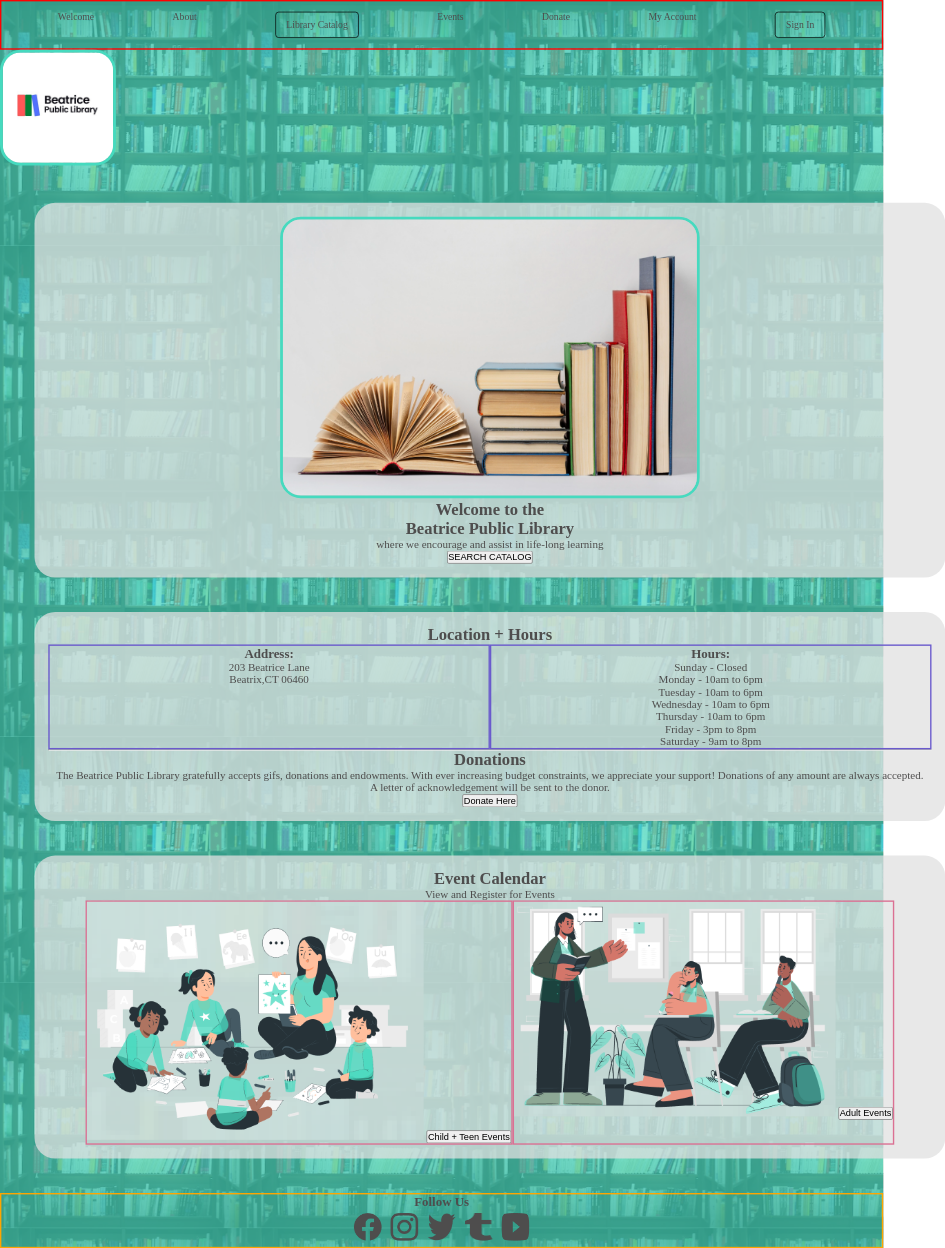
Repository: cokoduwa/RA-Wk5-Library
Page: index.html
These files come from the project's save history. The page is drawn as it stood at one moment and after the next save; the edit follows.
The browser window is 1280 px wide. The page is 1370 px wide, so the pictures cover 1370 px, including what lies to the right of the window. The pictures show the whole page, at 69% of full size.

Above is the page before, as saved 2023-01-18 22:48:34.

### index.html
<!DOCTYPE html>
<html lang="en">
<head>
    <meta charset="UTF-8">
    <meta http-equiv="X-UA-Compatible" content="IE=edge">
    <meta name="viewport" content="width=device-width, initial-scale=1.0">
    <link rel="stylesheet" href="index.css">
    <title>Beatrice Public Library</title>
</head>

<body>
    <div class="back-img">
        <div class="back-color">
            <nav>
                <div class="menu-options">
                    <a href="index.html">Welcome</a>
                    <a href="about.html">About</a>
                    <a class="nav-link" href="#">Library Catalog</a>
                    <a href="#">Events</a>
                    <a href="#">Donate</a>
                    <a href="#">My Account</a>
                    <a class="nav-link" href="#">Sign In</a>
                </div>
            </nav>

            <main>

                <img id="logo" src="images/BPLcanvaLogo.jpeg" alt="BPL Logo">

                <section class="intro">
                    <img src="images/books.png" alt="Books lined up">
                    <h2>Welcome to the </h2>
                    <h1>Beatrice Public Library</h1>
                    <p>where we encourage and assist in life-long learning</p>
                    <button>SEARCH CATALOG</button>
                </section>

                <section id="info">
                    <h2>Location + Hours</h2>
                    <div class="info">
                        <div class="address">
                            <h3>Address: </h3>
                            <p>203 Beatrice Lane</p>
                            <p>Beatrix,CT 06460</p>
                        </div>

                        <div class="hours">
                            <h3>Hours:</h3>
                            <ul>
                                <li>Sunday - Closed</li>
                                <li>Monday - 10am to 6pm</li>
                                <li>Tuesday - 10am to 6pm</li>
                                <li>Wednesday - 10am to 6pm</li>
                                <li>Thursday - 10am to 6pm</li>
                                <li>Friday - 3pm to 8pm</li>
                                <li>Saturday - 9am to 8pm</li>
                            </ul>
                        </div>

                    </div>

                    <hr>
                    <h2>Donations</h2>
                    <p>The Beatrice Public Library gratefully accepts gifs, donations and endowments. With ever
                        increasing budget constraints, we appreciate your support! Donations of any amount are
                        always accepted.</p>
                    <p>A letter of acknowledgement will be sent to the donor.</p>
                    <button>Donate Here</button>
                </section>

                <section class="events">
                    <h2>Event Calendar</h2>
                    <p>View and Register for Events</p>

                    <div class="event-types">
                        <div class="child">
                            <img src="images/child.png" alt="Teacher and children">
                            <button>Child + Teen Events</button>
                        </div>

                        <div class="adult">
                            <img src="images/adults.png" alt="Teacher and adult students">
                            <button>Adult Events</button>
                        </div>

                    </div>

                </section>

            </main>

            <footer>
                <h3>Follow Us</h3>
                <img class="social-media-logos" src="images/facebook.png" alt="Facebook Logo">
                <img class="social-media-logos" src="images/instagram.png" alt="Instagram Logo">
                <img class="social-media-logos" src="images/twitter.png" alt="Twitter Logo">
                <img class="social-media-logos" src="images/tumblr.png" alt="Tumblr Logo">
                <img class="social-media-logos" src="images/youtube.png" alt="YouTube Logo">
            </footer>
        </div> <!-- back color div-->
    </div> <!-- back img div-->
</body>
</html>

### index.css
*{
    padding:0;
    margin:0;
    /* box-sizing: border-box; */
}
body {
    /* background: url("images/library.png"); */
    /* background: rgb(70, 218, 191, 0.7); */
    color: #4E4D4D;
    font-family: Arial Rounded MT Bold;
}

/* main {
    background-image: url(images/library.png);
    opacity: 0.3;
    background-repeat: no-repeat;
} */

.back-img {
    background: url("images/library.png");
}

.back-color {
    background: rgb(70, 218, 191, 0.7);
    max-width:auto;
}

/****** Navigation Bar/Menu and Footer for all pages ******/
nav {
    border: 2px red solid;
}

.menu-options{
    display: flex;
    justify-content: space-around;
    padding: 15px 25px;
    font-size: 14px;
    font-weight: 500;

}

nav a {
    text-decoration: none;
    color: #4E4D4D;
}
.nav-link {
    background: none;
    border-radius: 5px;
    border: 1px solid black;
    padding: 10px 15px;
}

#logo {
    border: 2px green solid;
    width: 10em;
    border-radius: 30px;
    border: 4px solid #46DABF;
}

footer {
    border: 2px orange solid;
    text-align: center;
}

.social-media-logos{
    width: 2.5em;
    height: 2.5em;
    padding: .3em;
}

/****** Homepage CSS ******/

section{
    /* border: 2px blueviolet solid; */
    background: rgba(224, 224, 224, 0.75);
    width: 100%;
    margin: 50px;
    padding: 20px;
    border-radius: 30px;

}

.intro {
    text-align: center;
}

.intro img {
    width: 600px;
    height: 400px;
    border-radius: 30px;
    border: 4px solid #46DABF;
}

.info {
    display:grid;
    grid-template-columns: 1fr 1fr;

}

li {
    list-style: none;
}

#info{
    text-align: center;
}

.hours, .address {
    border: 2px slateblue solid;
}

.events h2, .events p {
    text-align: center;

}

.event-types{
    display: flex;
    justify-content: center;
    /* display: grid;
    grid-template-columns: 1fr 1fr; */
}

.child, .adult {
    border: 2px palevioletred solid;
}

/* footer {
    border: 2px orange solid;
    text-align: center;
}

.social-media-logos{
    width: 2.5em;
    height: 2.5em;
    padding: .3em;
} */


/******* About Page  *****/




/******* Catalog Page *****/





/******* Create Profile Page *****/



/******* My Account PAge  *****/




/******* Sign-In Page  *****/




/******* About Page  *****/
/******* About Page  *****/

After the next save:
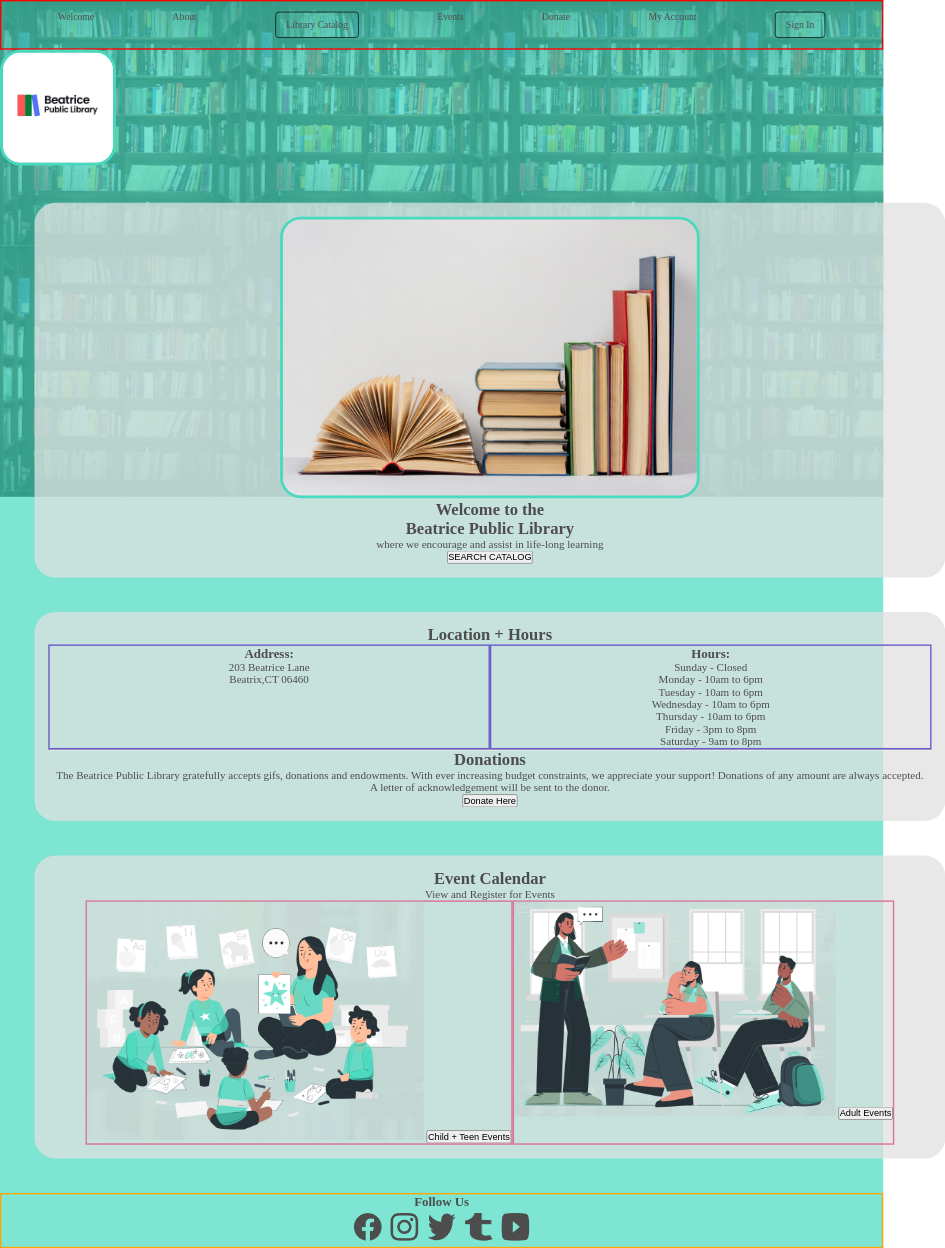
Saved 73 s later.
--- a/index.css
+++ b/index.css
@@ -10,13 +10,12 @@
     font-family: Arial Rounded MT Bold;
 }
 
-/* main {
-    background-image: url(images/library.png);
-    opacity: 0.3;
-    background-repeat: no-repeat;
-} */
 
 .back-img {
+    width:100%;
+    height: 100vh;
+    background-position: center;
+    background-size: cover;
     background: url("images/library.png");
 }
 

After the 2 saves that followed:
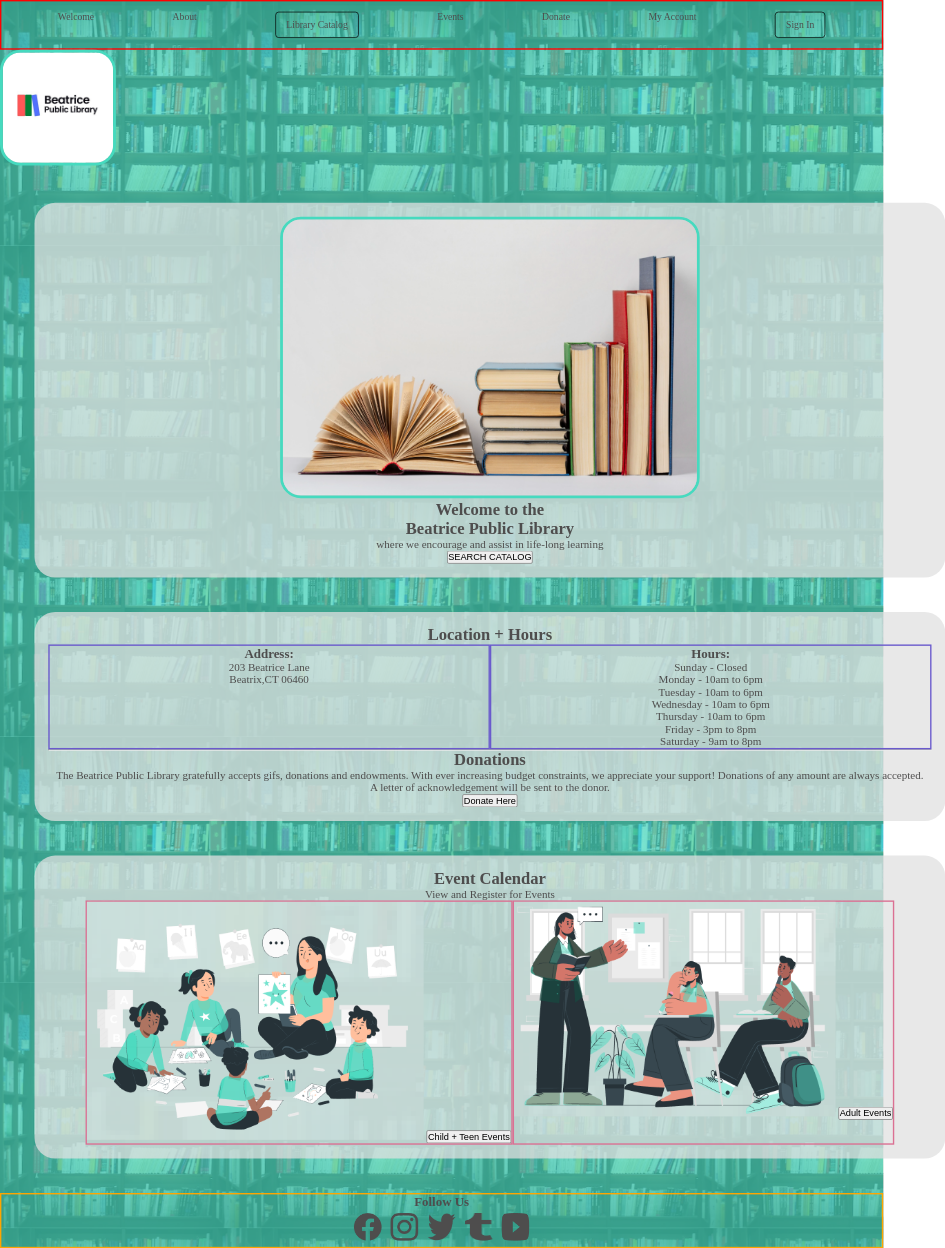
The 2 saves are shown as one change because 1 left the picture as it was.
The last was saved 61 s later.
--- a/index.css
+++ b/index.css
@@ -13,8 +13,8 @@
 
 .back-img {
     width:100%;
-    height: 100vh;
-    background-position: center;
+    /* height: 100vh; */
+    background-position: contain;
     background-size: cover;
     background: url("images/library.png");
 }
